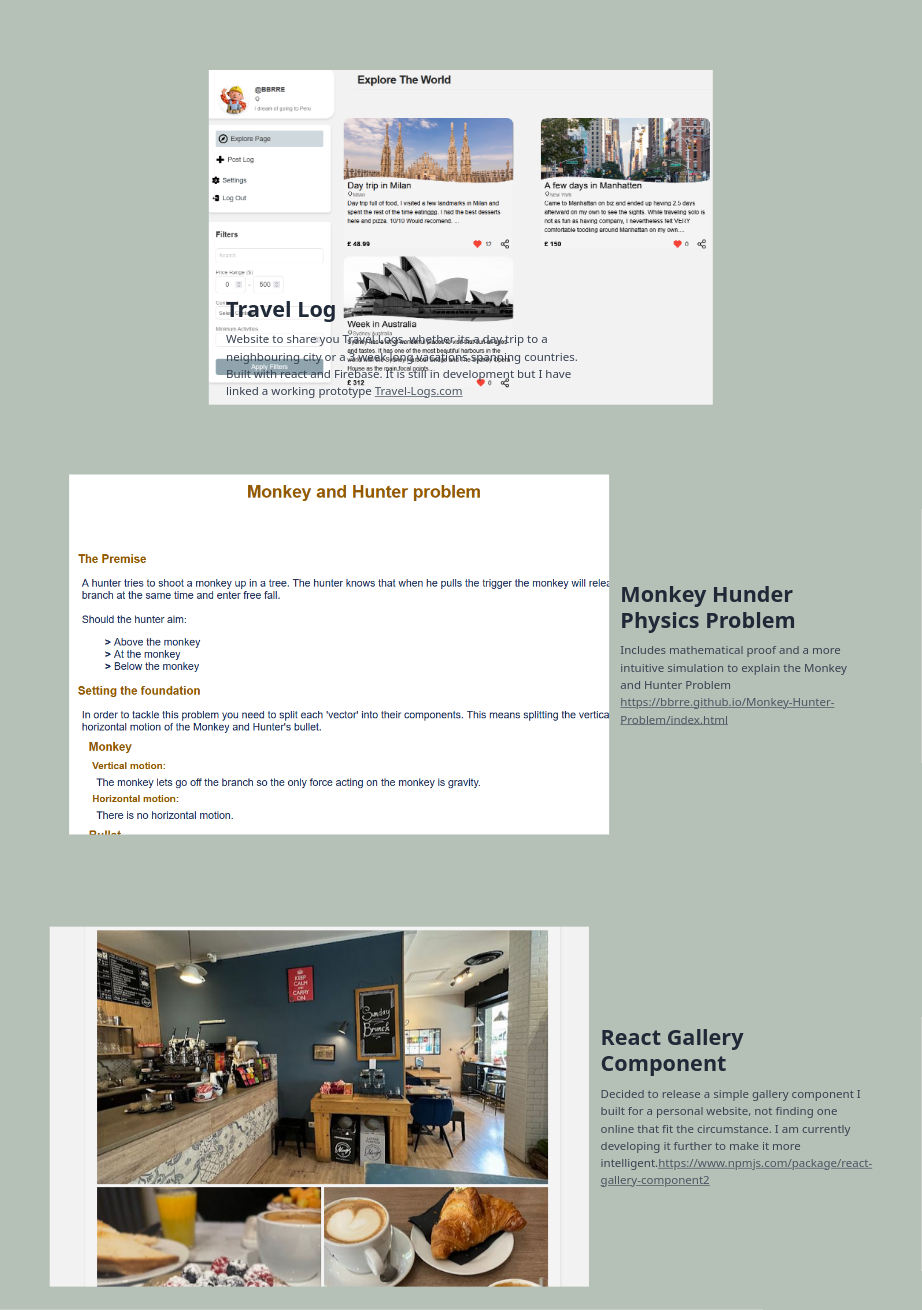
Repository: BBRRE/Portfolio-V2
Page: /#/Computer-Sci
The author's editor kept a copy of each file at every save. The page is drawn from the files as they stood at one save, then again after a run of saves.
The browser window is 1280 px wide. The pictures show the whole page, at 72% of full size.
Some web fonts or font styles are not loaded; a fallback is used. The project was rebuilt for these pictures with package versions that can differ from the ones it lists, and the page was loaded fresh each time. Also part of the build but not shown: vite.config.js, src/Subjects/Archi.jsx, src/Subjects/EEng.jsx, src/Subjects/Other.jsx, src/Projects Overview.jsx, src/HomePage.jsx, src/ErrorBoundary.jsx.

Above is the page before, as saved 2024-11-29 09:09:56.

### index.html
<!doctype html>
<html lang="en">
  <head>
    <meta charset="UTF-8" />
    <link rel="icon" type="image/svg+xml" href="src\assets\letter-bb.svg" />
    <link href="https://fonts.googleapis.com/css2?family=Inconsolata&family=Italiana&family=Hubballi&family=Julius+Sans+One&display=swap" rel="stylesheet">
    <link rel="preconnect" href="https://fonts.googleapis.com" />
<link rel="preconnect" href="https://fonts.gstatic.com" crossorigin />
<link
  rel="stylesheet"
  href="https://fonts.googleapis.com/css2?family=Roboto:wght@300;400;500;700&display=swap"
/>
<link
  rel="stylesheet"
  href="https://fonts.googleapis.com/icon?family=Material+Icons"
/>

    <meta name="viewport" content="width=device-width, initial-scale=1.0" />
    <title>Bilaal Bare</title>
  </head>
  <body>
    <div id="root"></div>
    <script type="module" src="/src/main.jsx"></script>
  </body>
</html>

### src/main.jsx
import React from 'react'
import ReactDOM from 'react-dom/client'
import App from './App'
import ErrorBoundary from './ErrorBoundary'
import './index.css'

ReactDOM.createRoot(document.getElementById('root')).render(
  <React.StrictMode>
    <ErrorBoundary>
      <App />
    </ErrorBoundary>
  </React.StrictMode>
)

### src/App.jsx
import { HashRouter as Router, Routes, Route } from 'react-router-dom';
import Archi from './Subjects/Archi.jsx'
import CompSci from './Subjects/CompSci.jsx'
import EEng from './Subjects/EEng.jsx'
import Other from './Subjects/Other.jsx'
import { HomePage } from './HomePage'
import { useState, useEffect } from 'react'

function App() {
  useEffect(() => {
    console.log('App component mounted')
  }, [])

  return (
    <Router>
        <Routes>
          <Route path="/" element={<HomePage />} />
          <Route path="/Architecture" element={<Archi />} />
          <Route path="/Electronic-Eng" element={<EEng />} />
          <Route path="/Computer-Sci" element={<CompSci />} />
          <Route path="/Other" element={<Other />} />
        </Routes>
    </Router>
  )
}

export default App

### src/index.css
@tailwind base;
@tailwind components;
@tailwind utilities;

@layer utilities {
  .bg-dot-pattern {
    background-image: radial-gradient(circle, rgba(0, 0, 0, 0.2) 1px, transparent 1px);
    background-size: 50px 50px; /* Adjust the spacing here */
  }
}

### src/Subjects/CompSci.jsx
import React from 'react'
import cs from '../assets/aaaa.png'
import ph from '../assets/Monkey.png'
import tr from '../assets/tra.png'

const CompSci = () => {
  return (
    <div className='bg-[#B5C0B7] w-full h-auto min-h-screen grid grid-cols-1'>
      <div className='relative mx-auto mt-24 w-[700px]'>
        <img src={cs} />
        <div className=" absolute bottom-2 left-2 flex flex-col ml-4 gap-3 justify-center">
          <h2 className=" text-left text-xl md:text-2xl lg:text-3xl font-semibold text-gray-800">
            Travel Log
          </h2>
        <p className="text-gray-700 text-sm md:text-base leading-relaxed max-w-[500px]">
          Website to share you Travel Logs, whether its a day trip to a neighbouring city or a 3 week long vacations spanning countries. Built with react
          and Firebase. It is still in development but I have linked a working prototype <a href="https://Travel-Logs.com/" className='underline text-gray-600'>Travel-Logs.com</a>
        </p>
        </div>
      </div>

      <div className='flex md:flex-row flex-col justify-center align-middle w-[85%] h-[500px] mx-auto mt-24 mb-8'>
        <img src={ph} />
        <div className="flex flex-col ml-4 gap-3 justify-center">
          <h2 className=" text-left text-xl md:text-2xl lg:text-3xl font-semibold text-gray-800">
            Monkey Hunder Physics Problem
          </h2>
        <p className="text-gray-700 text-sm md:text-base leading-relaxed max-w-[400px]">
        Includes mathematical proof and a more intuitive simulation to explain the Monkey and Hunter Problem  <a href="https://bbrre.github.io/Monkey-Hunter-Problem/index.html" className='underline text-gray-600'>https://bbrre.github.io/Monkey-Hunter-Problem/index.html</a>
        </p>
        </div>
      </div>

      <div className='flex md:flex-row flex-col justify-center align-middle w-[85%] h-[500px] mx-auto mt-24 mb-8'>
        <img src={tr} />
        <div className="flex flex-col ml-4 gap-3 justify-center">
          <h2 className=" text-left text-xl md:text-2xl lg:text-3xl font-semibold text-gray-800">
            React Gallery Component
          </h2>
        <p className="text-gray-700 text-sm md:text-base leading-relaxed max-w-[400px]">
        Decided to release a simple gallery component I built for a personal website, not finding one online that fit the circumstance. I am currently developing it further to make it more intelligent.<a href="https://www.npmjs.com/package/react-gallery-component2" className='underline text-gray-600'>https://www.npmjs.com/package/react-gallery-component2</a>
        </p>
        </div>
      </div>

    </div>
  )
}

export default CompSci

### tailwind.config.js
/** @type {import('tailwindcss').Config} */
export default {
    darkMode: ["class"],
    content: ["index.css",
  "./src/**/*.{js,ts,jsx,tsx}",],
  theme: {
  	extend: {
  		backgroundImage: {
  			noise: "url('/src/assets/nnnoise.svg')",
  			undulate: "url('/src/assets/uuundulate.svg')"
  		},
  		fontFamily: {
  			inconsolata: ['Inconsolata', 'monospace'],
  			italiana: ['Italiana', 'serif'],
  			hubballi: ['Hubballi', 'cursive'],
  			julius: ['Julius Sans One"', 'sans-serif']
  		},
      keyframes: {
        fadeIn: {
          '0%': { opacity: '0' },
          '100%': { opacity: '1' },
        },
      }
  	}
  }
}

After the next 3 saves:
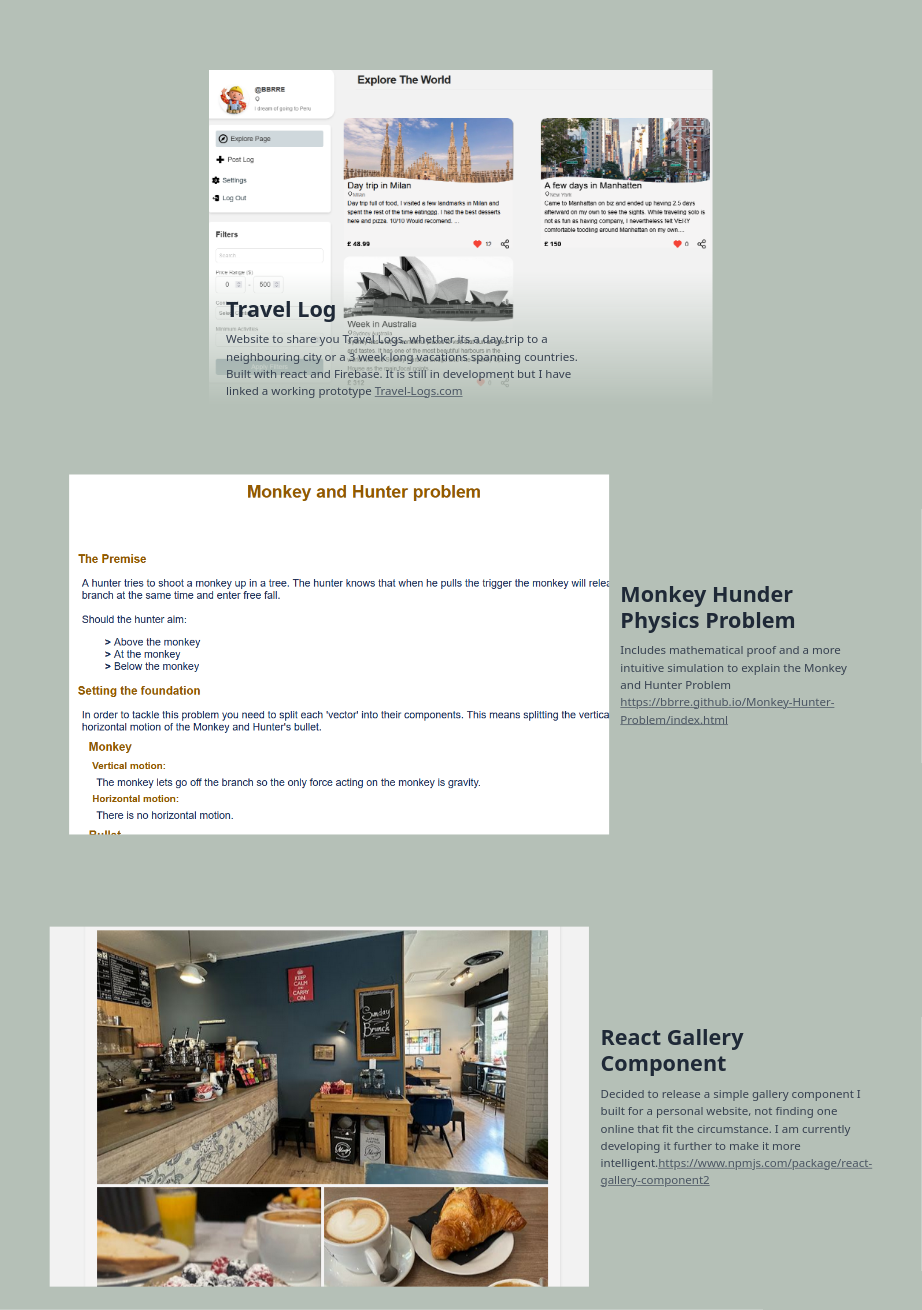
The 3 saves are shown as one change because 2 did not build or start.
The last was saved 2 min 12 s later.
--- a/src/Subjects/CompSci.jsx
+++ b/src/Subjects/CompSci.jsx
@@ -7,7 +7,7 @@ const CompSci = () => {
   return (
     <div className='bg-[#B5C0B7] w-full h-auto min-h-screen grid grid-cols-1'>
       <div className='relative mx-auto mt-24 w-[700px]'>
-        <img src={cs} />
+        <img src={cs} style={{WebkitMaskImage: 'linear-gradient(to top, transparent 0%, black 40%)'}} />
         <div className=" absolute bottom-2 left-2 flex flex-col ml-4 gap-3 justify-center">
           <h2 className=" text-left text-xl md:text-2xl lg:text-3xl font-semibold text-gray-800">
             Travel Log
